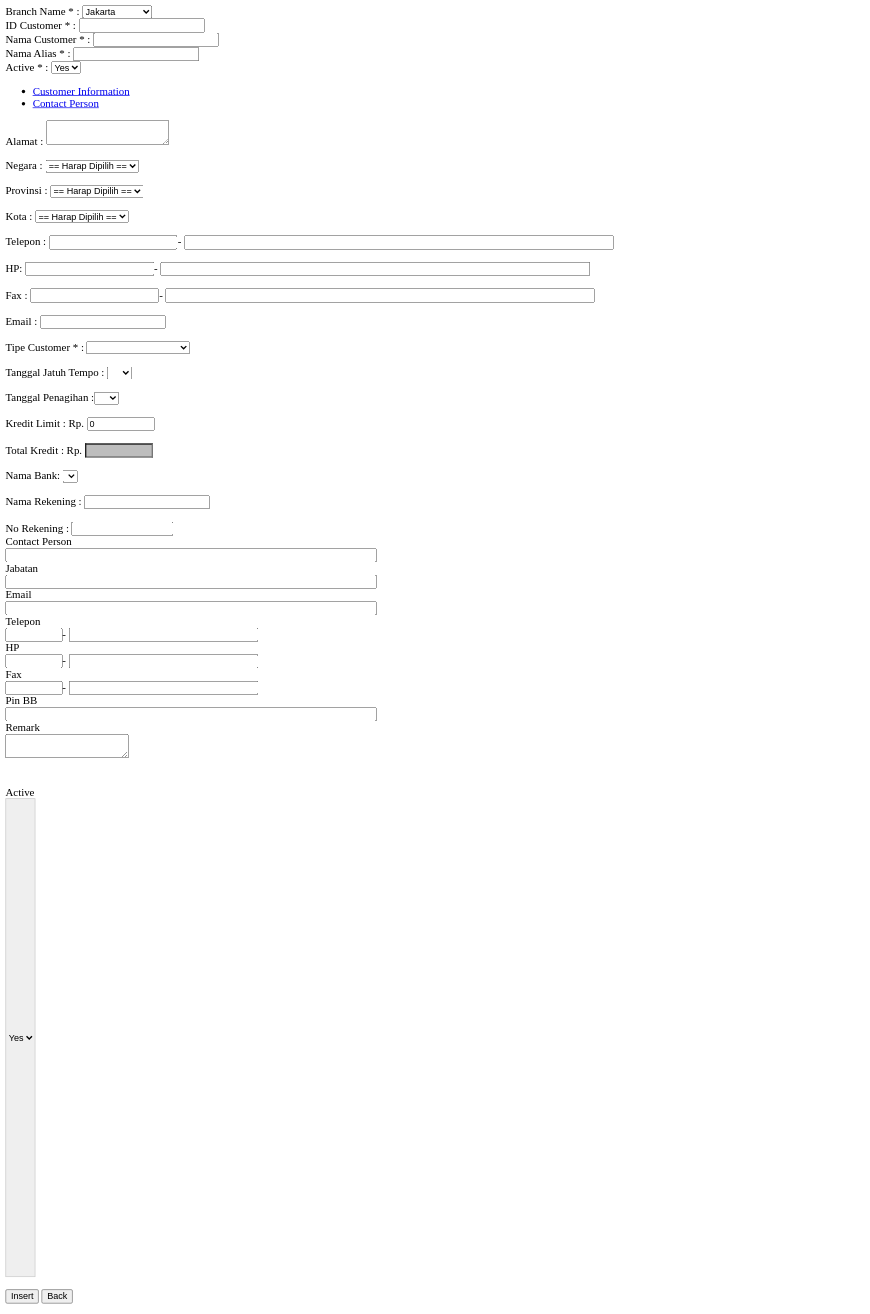
Repository: lokimonoton/steammarket
Page: http://localhost/database/application/views/sales/addcustomerlist.php
The author's editor kept a record of every edit. The page is drawn from the files as they stood at one moment, then again after the next edit.
The browser window is 1280 px wide. The pictures show the whole page, at 68% of full size.
The page is run by PHP 8.4 with error messages shown; the project is at /var/www/html/.

Above is the page before.

After the next edit:
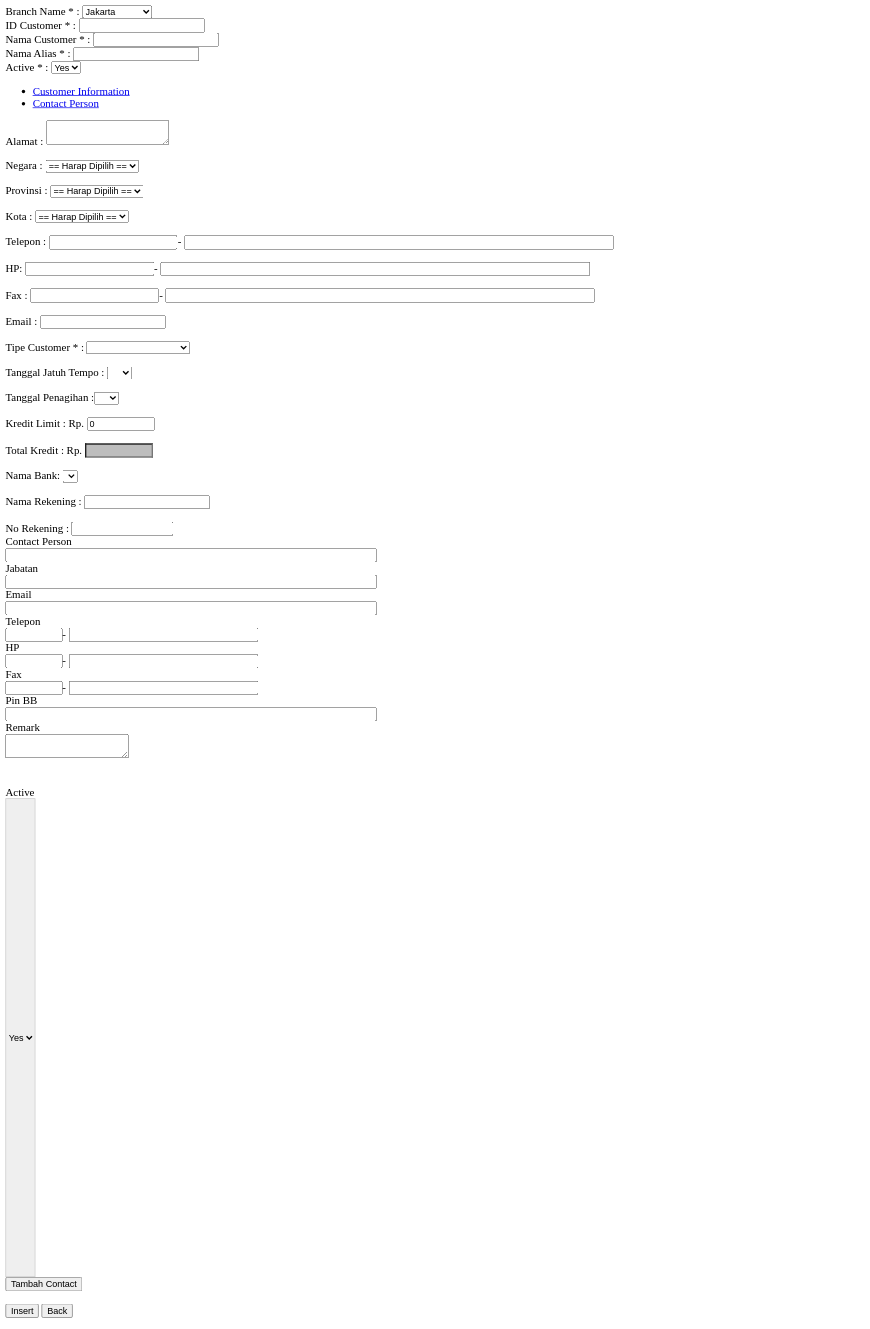
The edit:
--- a/application/views/sales/addcustomerlist.php
+++ b/application/views/sales/addcustomerlist.php
@@ -342,7 +342,7 @@
                                 </select>
                             </div>
                         </div>
-
+                              <button type="submit" class="btn btn-default">Tambah Contact</button>
                       </div>
     </div>
 
